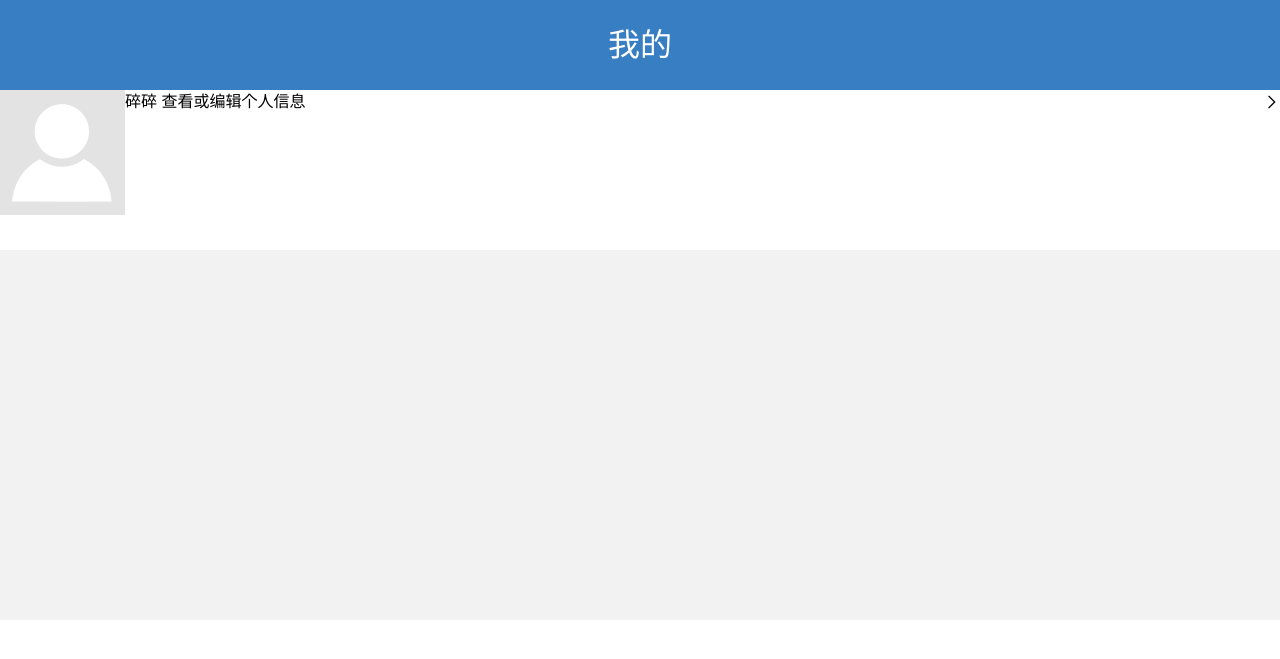
Repository: A1LExX/H5_study_set
Page: myProfile/index.html
These files come from the project's save history. The page is drawn as it stood at one moment and after the next save; the edit follows.
The browser window is 1280 px wide. The pictures show the whole page.

Above is the page before, as saved 2021-07-12 20:11:43.

### myProfile/index.html
<!--
@author [Alex Wei]
@email [w2262196@outlook.com]
@create date 2021-07-12 18:52:43
@modify date 2021-07-12 20:10:47
@desc [description]
-->
<!DOCTYPE html>
<html lang="en">
<head>
    <meta charset="UTF-8">
    <meta http-equiv="X-UA-Compatible" content="IE=edge">
    <meta name="viewport" content="width=device-width, initial-scale=1.0">
    <!-- 引入重制样式表 -->
    <link rel="stylesheet" href="./css/reset.css">
    <!-- 引入移动端适配js -->
    <script src="./js/rem.js"></script>
    <!-- 引入字体图标样式表 -->
    <link rel="stylesheet" href="./css/iconfont.css">
    <!-- 引入当前页面样式表 -->
    <link rel="stylesheet" href="./css/index.css">
    <title>Document</title>
</head>
<body>
    <!-- 页眉 -->
    <div id="top">我的</div>
    <!-- 中间部分 -->
    <div id="mid">
        <div class="proFile">
            <div class="profileLeft">
                <div class="profileImg">
                    <span class="iconfont icon-icontouxiang"></span>
                </div>
                <div class="profileWord">
                    <span>碎碎</span>
                    <span>查看或编辑个人信息</span>
                </div>
            </div>
            <div class="iconfont icon-arrow-right"></div>
        </div>
        <div class="itemOne"></div>
        <div class="itemTwo"></div>
        <div class="setting"></div>
    </div>
    <!-- 页脚 -->
    <div id="footer"></div>
</body>
</html>

### myProfile/css/reset.css
/**
 * @author [Alex Wei]
 * @email [w2262196@outlook.com]
 * @create date 2021-07-12 19:03:59
 * @modify date 2021-07-12 19:05:27
 * @desc [description]
 */
/*
KISSY CSS Reset
理念：1. reset 的目的不是清除浏览器的默认样式，这仅是部分工作。清除和重置是紧密不可分的。
2. reset 的目的不是让默认样式在所有浏览器下一致，而是减少默认样式有可能带来的问题。
3. reset 期望提供一套普适通用的基础样式。但没有银弹，推荐根据具体需求，裁剪和修改后再使用。
特色：1. 适应中文；2. 基于最新主流浏览器。
维护：玉伯<lifesinger@gmail.com>, 正淳<ragecarrier@gmail.com>
 */

/** 清除内外边距 **/
body, h1, h2, h3, h4, h5, h6, hr, p, blockquote, /* structural elements 结构元素 */
dl, dt, dd, ul, ol, li, /* list elements 列表元素 */
pre, /* text formatting elements 文本格式元素 */
form, fieldset, legend, button, input, textarea, /* form elements 表单元素 */
th, td /* table elements 表格元素 */ {
  margin: 0;
  padding: 0;
}

/** 设置默认字体 **/
body,
button, input, select, textarea /* for ie */ {
  font: 12px/1.5 tahoma, arial, \5b8b\4f53, sans-serif;
}
h1, h2, h3, h4, h5, h6 { font-size: 100%; }
address, cite, dfn, em, var { font-style: normal; } /* 将斜体扶正 */
code, kbd, pre, samp { font-family: courier new, courier, monospace; } /* 统一等宽字体 */
small { font-size: 12px; } /* 小于 12px 的中文很难阅读，让 small 正常化 */

/** 重置列表元素 **/
ul, ol { list-style: none; }

/** 重置文本格式元素 **/
a { text-decoration: none; }
a:hover { text-decoration: underline; }


/** 重置表单元素 **/
legend { color: #000; } /* for ie6 */
fieldset, img { border: 0; } /* img 搭车：让链接里的 img 无边框 */
button, input, select, textarea { font-size: 100%; } /* 使得表单元素在 ie 下能继承字体大小 */
/* 注：optgroup 无法扶正 */

/** 重置表格元素 **/
table { border-collapse: collapse; border-spacing: 0; }

/* 清除浮动 */
.ks-clear:after, .clear:after {
  content: '\20';
  display: block;
  height: 0;
  clear: both;
}

.ks-clear, .clear {
  *zoom: 1;
}

### myProfile/js/rem.js
//designWidth:设计稿的实际宽度值，需要根据实际设置
//maxWidth:制作稿的最大宽度值，需要根据实际设置
//这段js的最后面有两个参数记得要设置，一个为设计稿实际宽度，一个为制作稿最大宽度，例如设计稿为750，最大宽度为750，则为(750,750)
;(function(designWidth, maxWidth) {
	var doc = document,
	win = window,
	docEl = doc.documentElement,
	remStyle = document.createElement("style"),
	tid;

	function refreshRem() {
		var width = docEl.getBoundingClientRect().width;
		maxWidth = maxWidth || 540;
		width>maxWidth && (width=maxWidth);
		//屏幕宽度 * 100 / 设计稿宽度
		var rem = width * 100 / designWidth;
		remStyle.innerHTML = 'html{font-size:' + rem + 'px;}';
	}

	if (docEl.firstElementChild) {
		docEl.firstElementChild.appendChild(remStyle);
	} else {
		var wrap = doc.createElement("div");
		wrap.appendChild(remStyle);
		doc.write(wrap.innerHTML);
		wrap = null;
	}
	//要等 wiewport 设置好后才能执行 refreshRem，不然 refreshRem 会执行2次；
	refreshRem();

	win.addEventListener("resize", function() {
		clearTimeout(tid); //防止执行两次
		tid = setTimeout(refreshRem, 300);
	}, false);

	win.addEventListener("pageshow", function(e) {
		if (e.persisted) { // 浏览器后退的时候重新计算
			clearTimeout(tid);
			tid = setTimeout(refreshRem, 300);
		}
	}, false);

	if (doc.readyState === "complete") {
		doc.body.style.fontSize = "16px";
	} else {
		doc.addEventListener("DOMContentLoaded", function(e) {
			doc.body.style.fontSize = "16px";
		}, false);
	}
})(750, 750);

### myProfile/css/iconfont.css
@font-face {
  font-family: "iconfont"; /* Project id  */
  src: url('../fonts/iconfont.ttf?t=1626088719469') format('truetype');
}

.iconfont {
  font-family: "iconfont" !important;
  font-size: 16px;
  font-style: normal;
  -webkit-font-smoothing: antialiased;
  -moz-osx-font-smoothing: grayscale;
}

.icon-arrow-right:before {
  content: "\e601";
}

.icon-fangzi:before {
  content: "\e614";
}

.icon-fangzi1:before {
  content: "\e6d3";
}

.icon-icontouxiang:before {
  content: "\e622";
}

.icon-quanquanb:before {
  content: "\e6d4";
}

.icon-baobiao:before {
  content: "\e65c";
}

.icon-liuyan:before {
  content: "\e615";
}

.icon-shouye:before {
  content: "\e60b";
}

.icon-baoming:before {
  content: "\e664";
}

.icon-shezhi:before {
  content: "\e63a";
}

.icon-dibudaohanglan-:before {
  content: "\e630";
}

.icon-renyuan:before {
  content: "\e61a";
}

### myProfile/css/index.css
/**
 * @author [Alex Wei]
 * @email [w2262196@outlook.com]
 * @create date 2021-07-12 19:23:21
 * @modify date 2021-07-12 20:11:43
 * @desc [description]
 */
html, body{
    width: 100%;
    height: 100%;
}

body{
    display: flex;
    flex-direction: column;
}

#top{
    height: .9rem;
    background: #387ec2;
    color: white;
    font-size: .32rem;
    line-height: .9rem;
    text-align: center;
}


#mid{
    flex: 1;
    background: #f2f2f2;
    overflow: scroll;
    display: flex;
    flex-direction: column;
}

#mid .profileImg{
    width: 1.25rem;
    height: 1.25rem;
    background: #e3e3e3;
    text-align: center;
}

.proFile{
    display: flex;
    justify-content: space-between;
    background: white;
    height: 1.6rem;
}

.icon-icontouxiang{
    font-size: 1rem;
    line-height: 1.25rem;
    /* text-align: center; */
    color: white;
}

.profileLeft{
    display: flex;
    justify-content: space-between;
}

.profileWord span:last-child{
    /* display: inline; */

}

#footer{
    height: 1rem;
}

After the next save:
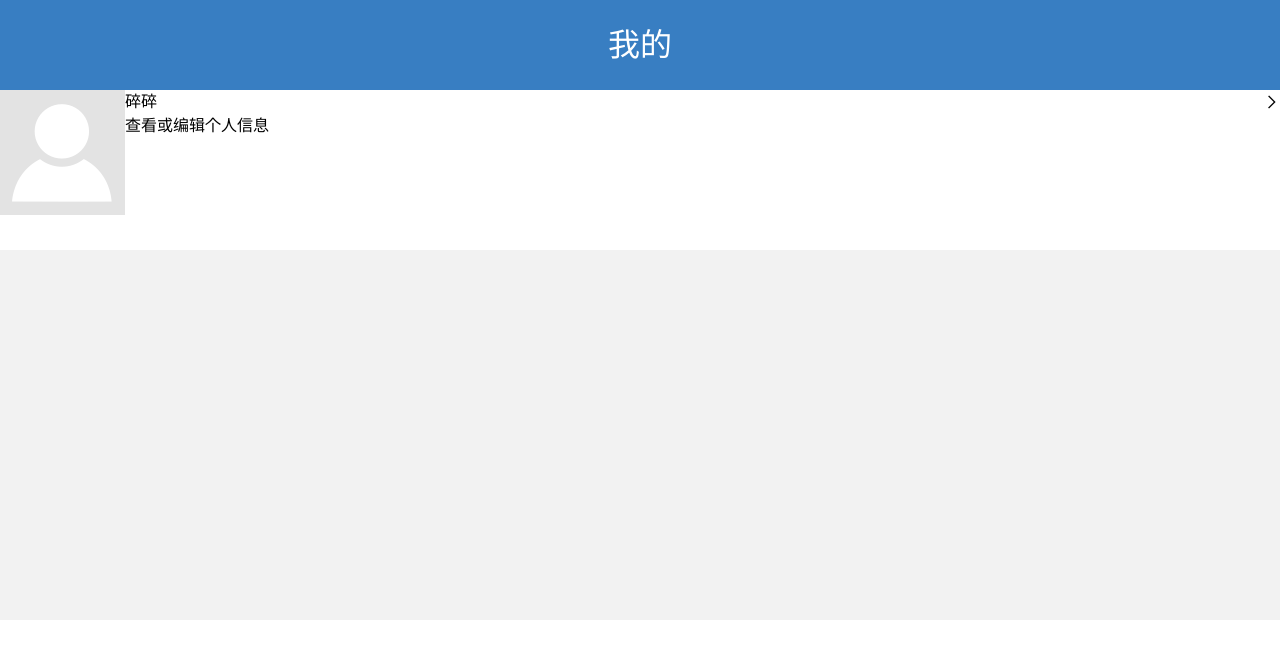
Saved 13 s later.
--- a/myProfile/css/index.css
+++ b/myProfile/css/index.css
@@ -2,7 +2,7 @@
  * @author [Alex Wei]
  * @email [w2262196@outlook.com]
  * @create date 2021-07-12 19:23:21
- * @modify date 2021-07-12 20:11:43
+ * @modify date 2021-07-12 20:11:56
  * @desc [description]
  */
 html, body{
@@ -61,7 +61,7 @@ body{
 
 .profileWord span:last-child{
     /* display: inline; */
-
+    display: block;
 }
 
 #footer{
